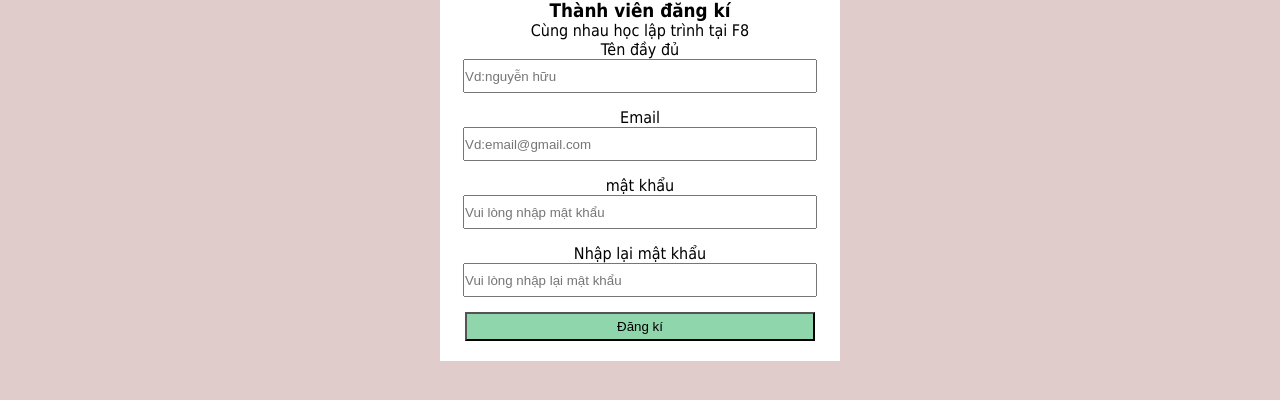
Repository: HuunvDev/Validator
Page: index.html
An editor plug-in stored every save of this project. The page is shown before and after the next save, followed by the edit.
The browser window is 1280 px wide. The pictures show the whole page.

Above is the page before, as saved 2022-08-20 09:03:15.

After the next save:
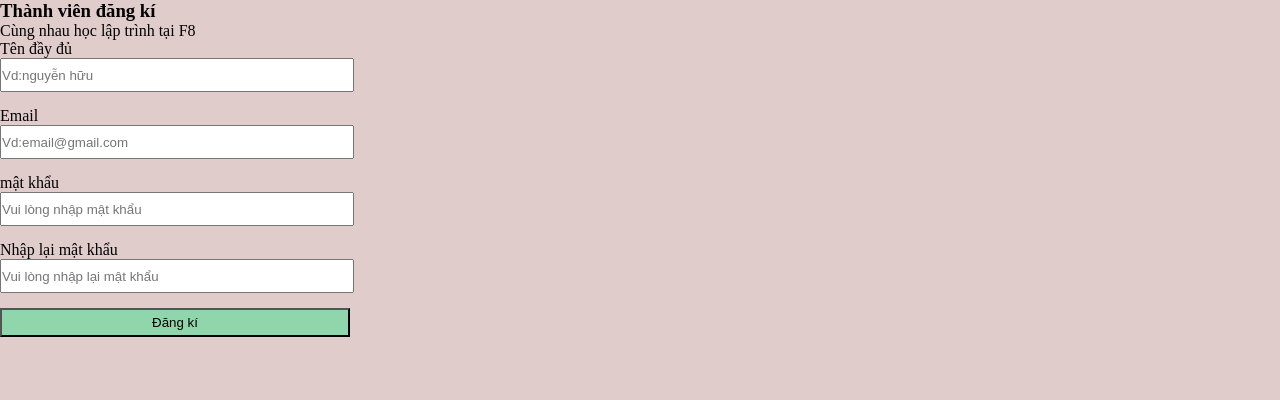
Saved 37 s later.
--- a/style.css
+++ b/style.css
@@ -1,10 +1,4 @@
-form{
-    width: 400px;
-    margin: auto;
-    font-family: tahoma;
-    text-align: center;
-    background-color: #fff;
-}
+
 *{
     margin:0;
     padding:0;
